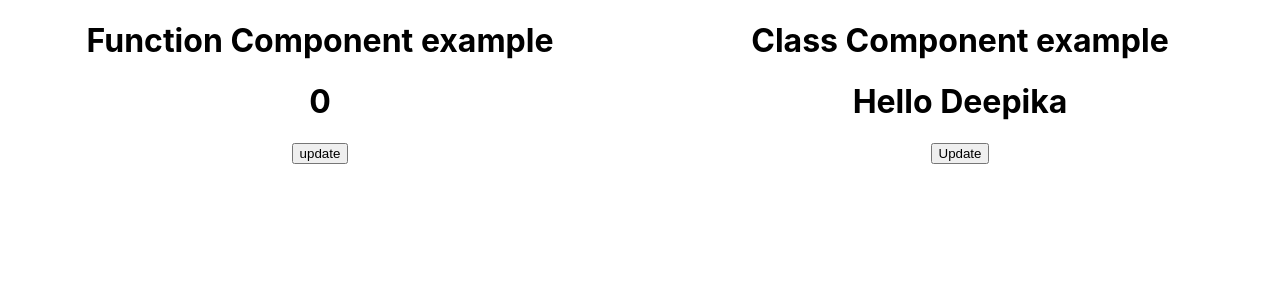
Repository: DeepikaSuretek/React
Page: / (app in practice-app/)
The author's editor kept a copy of each file at every save. The page is drawn from the files as they stood at one save, then again after a run of saves.
The browser window is 1280 px wide. The pictures show the whole page.
The project was rebuilt for these pictures with package versions that can differ from the ones it lists, and the page was loaded fresh each time.

Above is the page before, as saved 2024-07-08 19:49:32.

After the next 2 saves:
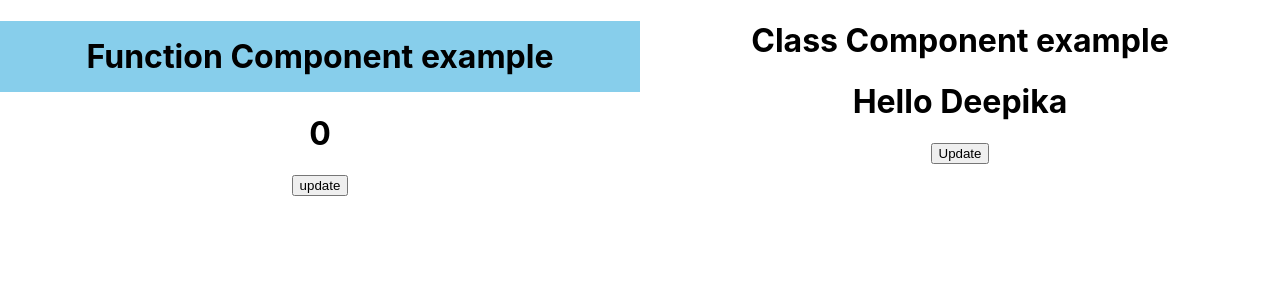
The 2 saves are shown as one change because they came seconds apart.
The last was saved 117 s later.
--- a/practice-app/src/App.js
+++ b/practice-app/src/App.js
@@ -7,7 +7,8 @@ function App() {
     <div className="App" style={{display: "inline-flex",
       width: "100%"}}>
       <div style={{width:"50%"}}>
-        <h1 style={{backgroundColor:"sky-blue"}}>Function Component example</h1>
+        <h1 style={{"background-color": "skyblue",
+    "padding": "16px"}}>Function Component example</h1>
         <Fun name="Deepika" />
       </div>
       <div style={{width:"50%"}}>
